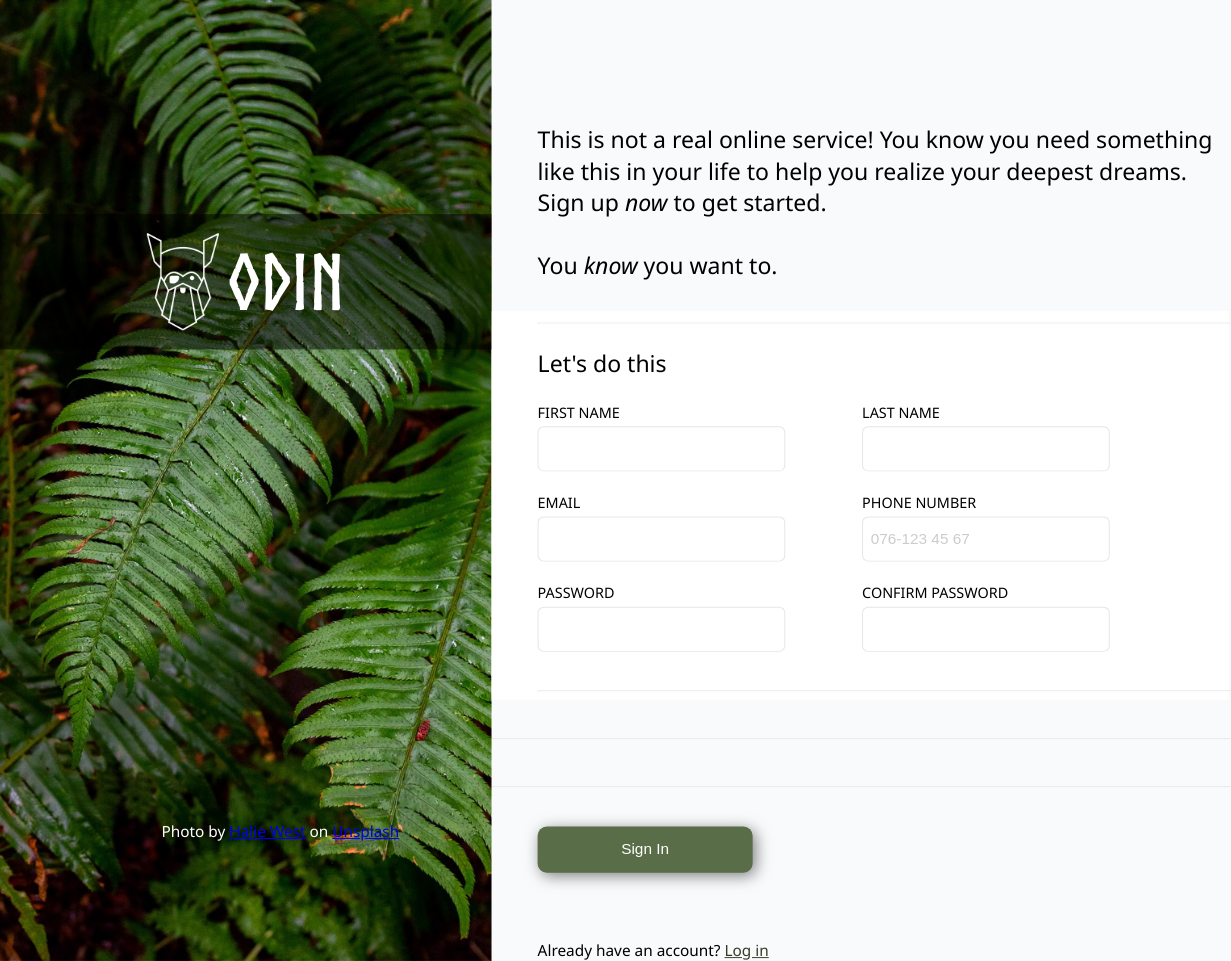
Repository: fed26sto-fundamentals/sign-up-form-odai-dh
Page: index.html
These files come from the project's save history. The page is drawn as it stood at one moment and after a run of saves; the edit follows.
The browser window is 1280 px wide. The page is 1282 px wide, so the pictures cover 1282 px, including what lies to the right of the window. The pictures show the whole page, at 96% of full size.

Above is the page before, as saved 2024-10-01 21:15:07.

After the next 2 saves:
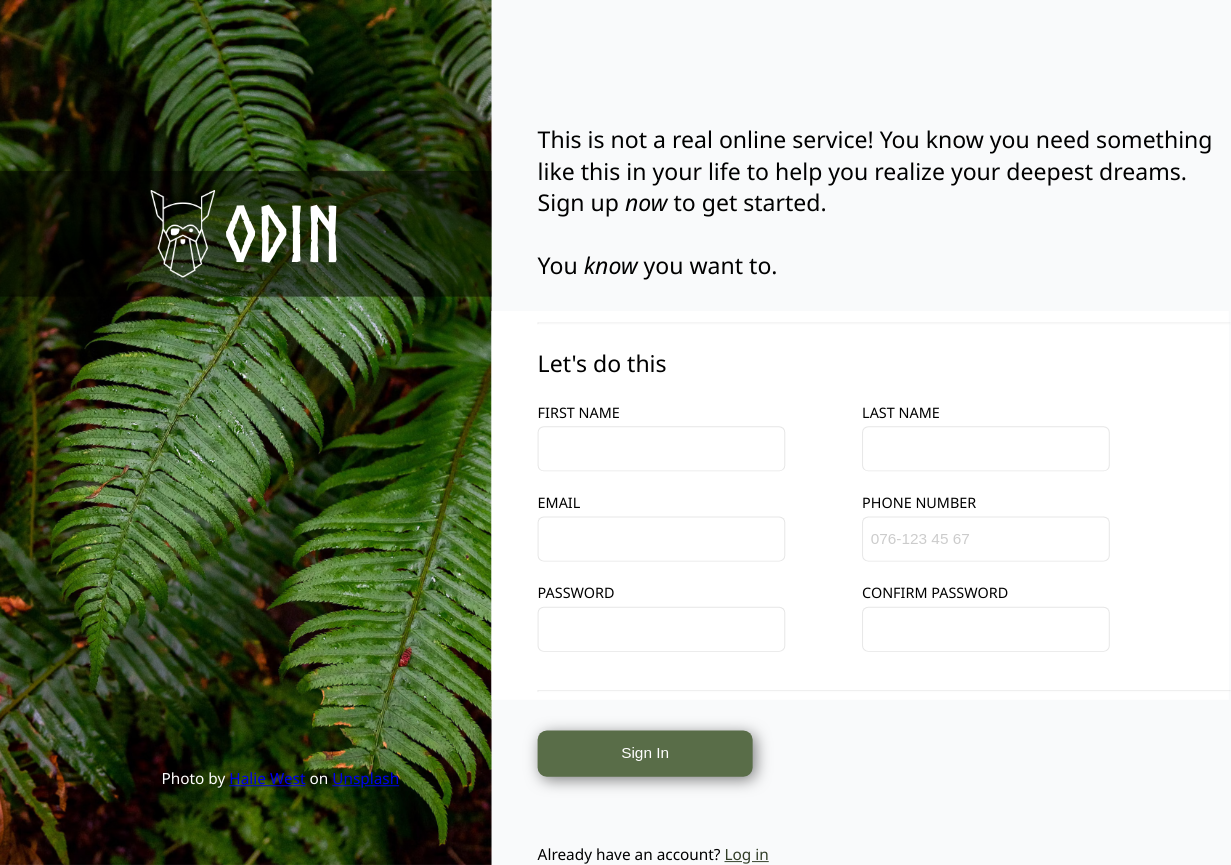
The 2 saves are shown as one change because they came seconds apart.
The last was saved 5 s later.
--- a/index.html
+++ b/index.html
@@ -72,8 +72,6 @@
                 </div>
                 <hr id="line">
         </div>
-        <hr id="line">
-        <hr id="line">
 
         <div class="submtion">
             <button id="forSubmtion"> Sign In</button>
